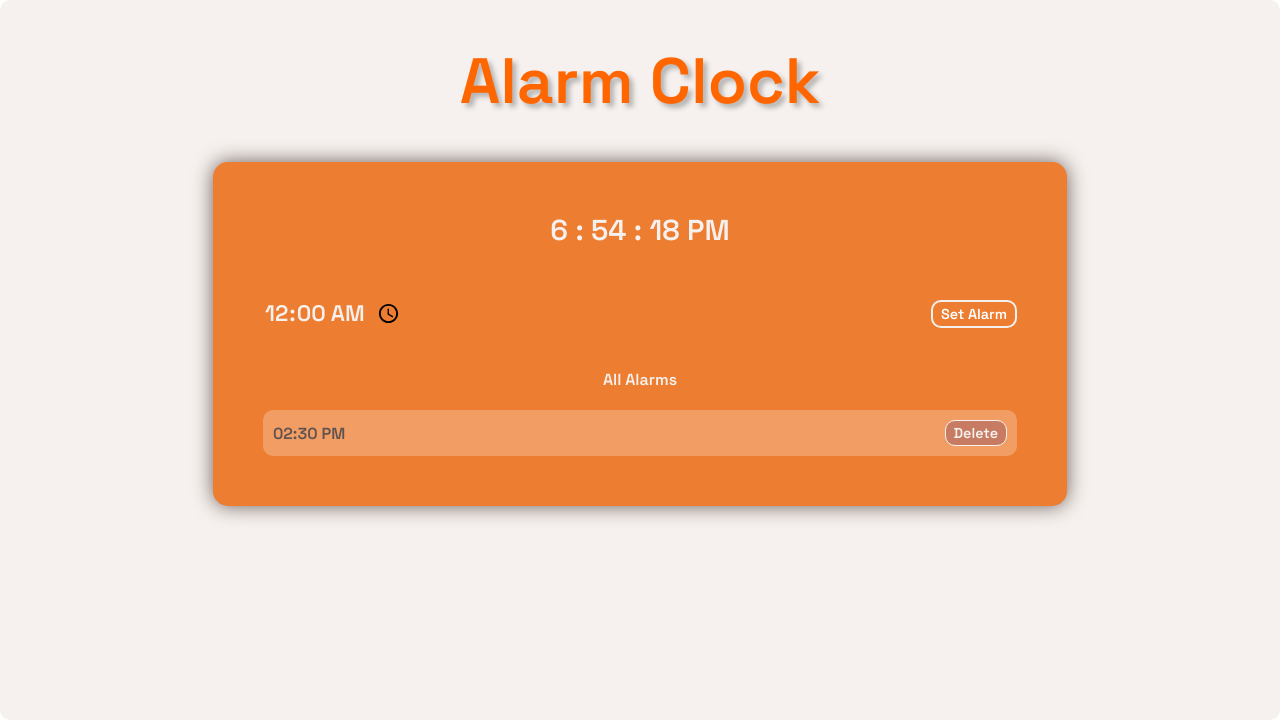
Repository: Pragya016/Alarm-Clock
Page: Index.html
An editor plug-in stored every save of this project. The page is shown before and after the next save, followed by the edit.
The browser window is 1280 px wide. The pictures show the whole page.

Above is the page before, as saved 2024-01-19 22:28:42.

After the next save:
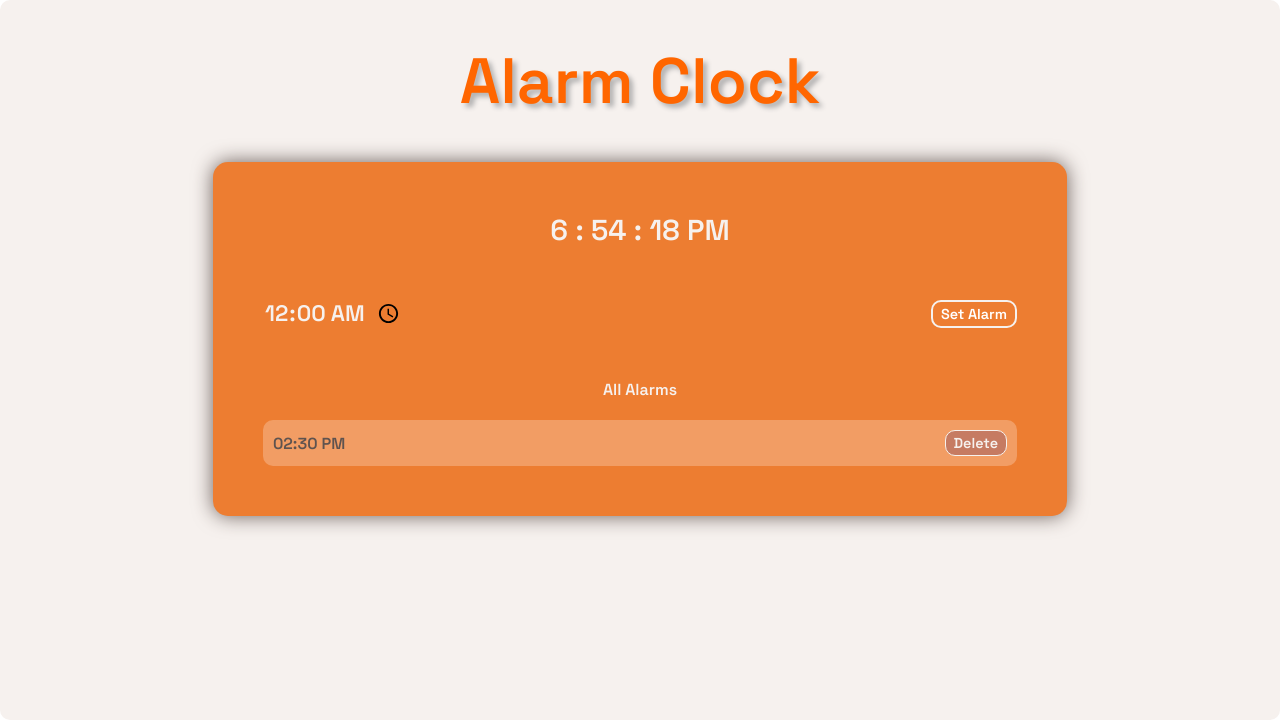
Saved 8 s later.
--- a/styles.css
+++ b/styles.css
@@ -74,7 +74,7 @@ font-family: 'Space Grotesk', sans-serif;
     display: flex;
     justify-content: space-between;
     width: 100%;
-    margin: 50px auto 20px auto;
+    margin: 50px auto 30px auto;
 }
 
 .set-time {

After the save that followed:
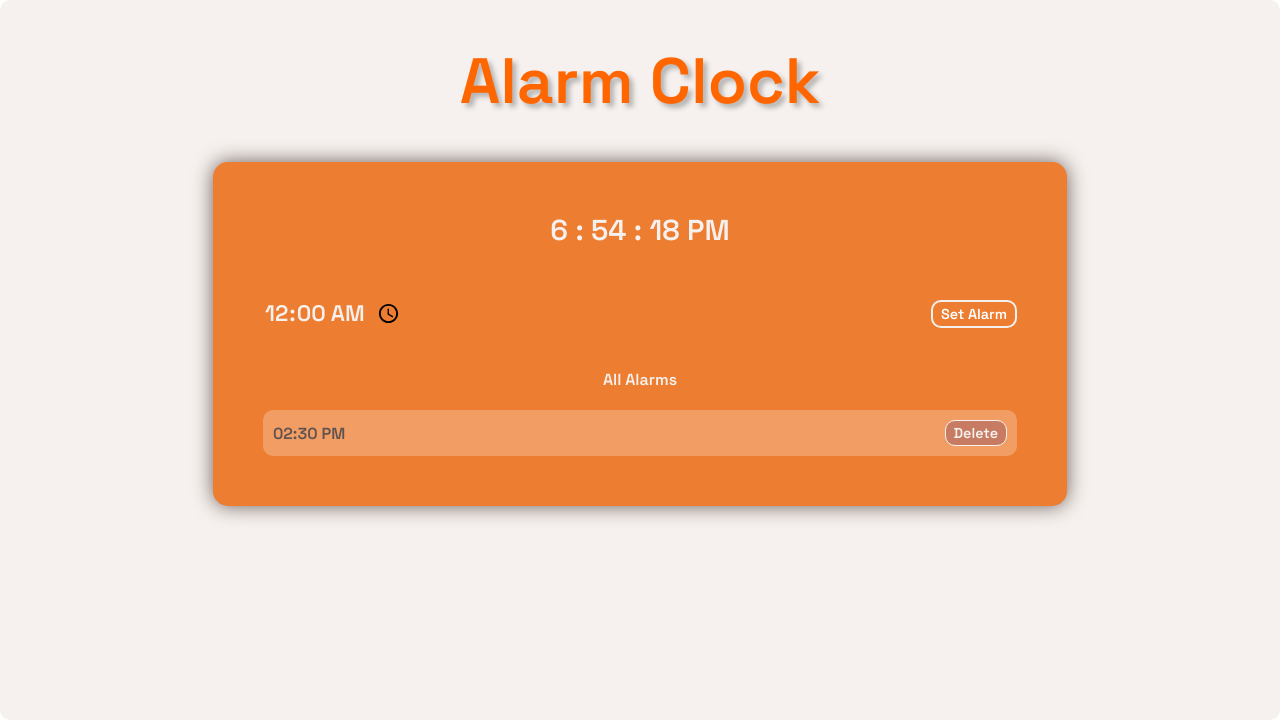
Saved 7 s later.
--- a/styles.css
+++ b/styles.css
@@ -93,7 +93,7 @@ font-family: 'Space Grotesk', sans-serif;
 /* all alarms container */
 
 #all-alarms {
-    margin-top: 20px;
+    margin-top: 10px;
     display: flex;
     justify-content: space-between;
     width: 100%;
